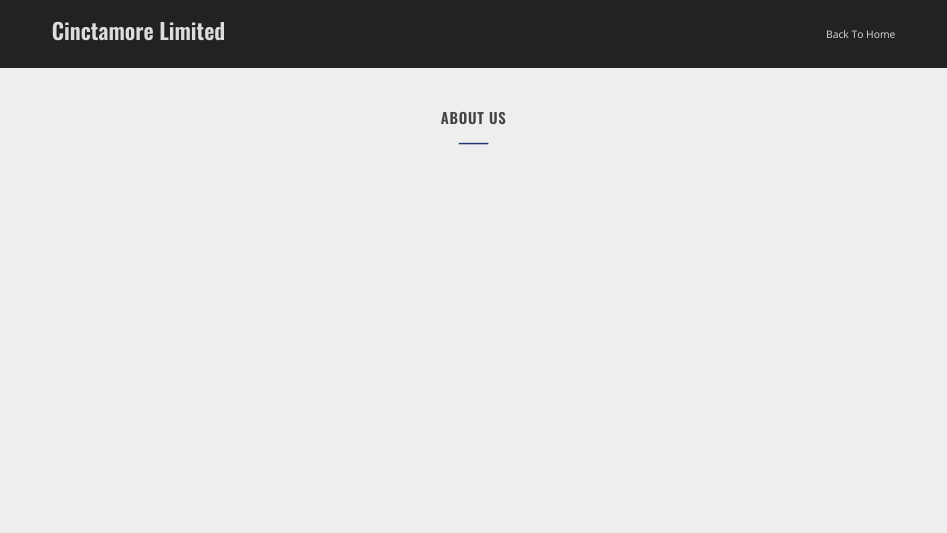
Repository: techieaccl/techieaccl.github.io
Page: tiles.html
These files come from the project's save history. The page is drawn as it stood at one moment and after the next save; the edit follows.
The browser window is 1280 px wide. The pictures show the whole page, at 74% of full size.
Some web fonts or font styles are not loaded; a fallback is used.

Above is the page before, as saved 2021-09-07 09:05:47.

After the next save:
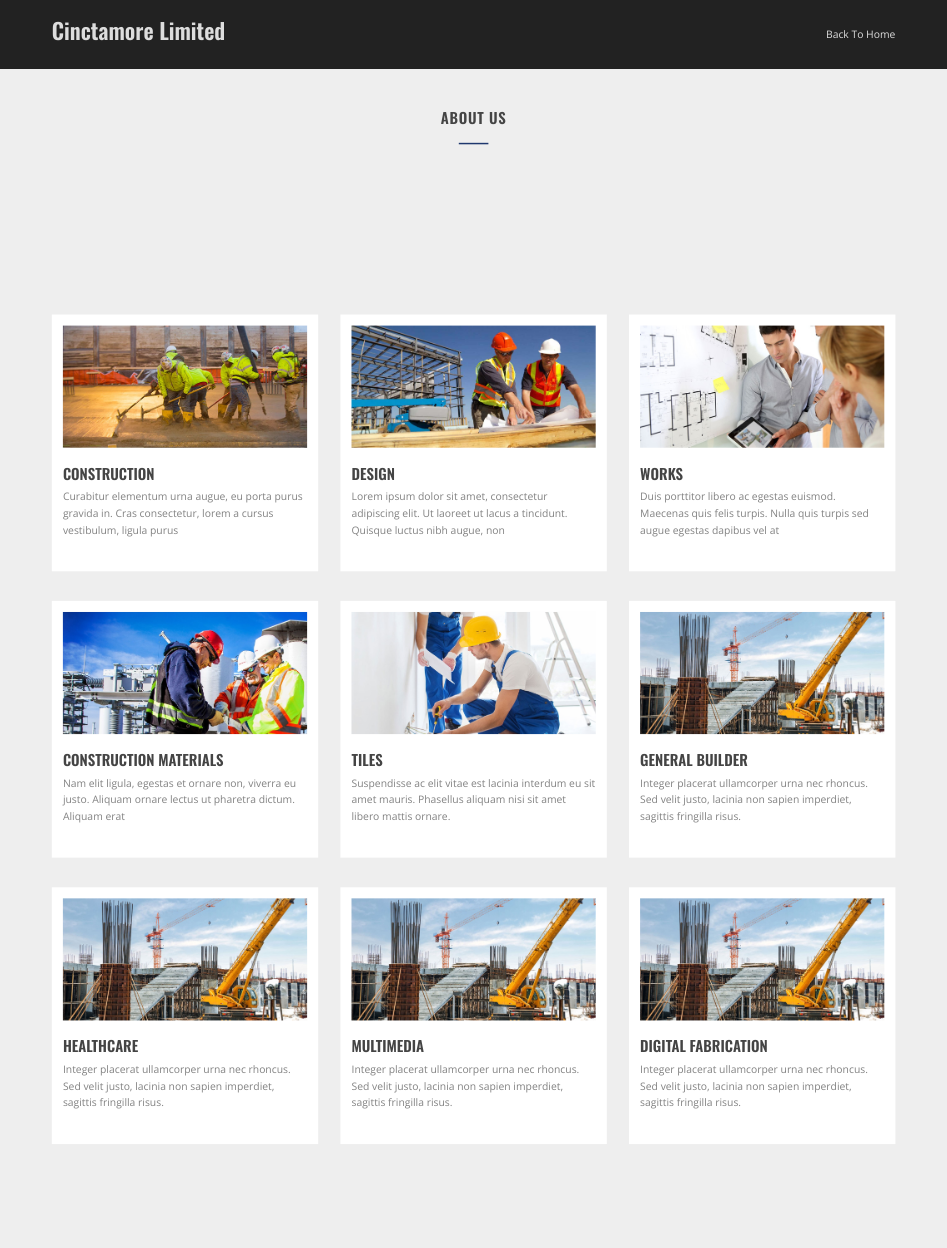
Saved 6 min 59 s later.
--- a/tiles.html
+++ b/tiles.html
@@ -65,6 +65,123 @@
 					</div>
 				</section>
 				<!-- End / Section -->
+
+				<!-- Section -->
+				<section class="md-section" id="id3">
+					<div class="container">
+						<div class="row row-eq-height">
+							<div class="col-sm-6 col-md-6 col-lg-4 ">
+
+								<!-- services -->
+								<div class="services">
+									<div class="services__img"><img src="assets/img/service/1.jpg" alt=""/></div>
+									<h2 class="services__title"><a href="construction.html">Construction</a></h2>
+									<div class="services__desc">Curabitur elementum urna augue, eu porta purus gravida in. Cras consectetur, lorem a cursus vestibulum, ligula purus</div>
+
+
+								</div><!-- End / services -->
+
+							</div>
+							<div class="col-sm-6 col-md-6 col-lg-4 ">
+
+								<!-- services -->
+								<div class="services">
+									<div class="services__img"><img src="assets/img/service/2.jpg" alt=""/></div>
+									<h2 class="services__title"><a href="design.html">Design</a></h2>
+									<div class="services__desc">Lorem ipsum dolor sit amet, consectetur adipiscing elit. Ut laoreet ut lacus a tincidunt. Quisque luctus nibh augue, non</div>
+
+
+								</div><!-- End / services -->
+
+							</div>
+							<div class="col-sm-6 col-md-6 col-lg-4 ">
+
+								<!-- services -->
+								<div class="services">
+									<div class="services__img"><img src="assets/img/service/3.jpg" alt=""/></div>
+									<h2 class="services__title"><a href="works.html">Works</a></h2>
+									<div class="services__desc">Duis porttitor libero ac egestas euismod. Maecenas quis felis turpis. Nulla quis turpis sed augue egestas dapibus vel at</div>
+
+
+								</div><!-- End / services -->
+
+							</div>
+							<div class="col-sm-6 col-md-6 col-lg-4 ">
+
+								<!-- services -->
+								<div class="services">
+									<div class="services__img"><img src="assets/img/service/4.jpg" alt=""/></div>
+									<h2 class="services__title"><a href="construction-materials.html">Construction Materials</a></h2>
+									<div class="services__desc">Nam elit ligula, egestas et ornare non, viverra eu justo. Aliquam ornare lectus ut pharetra dictum. Aliquam erat</div>
+
+
+								</div><!-- End / services -->
+
+							</div>
+							<div class="col-sm-6 col-md-6 col-lg-4 ">
+
+								<!-- services -->
+								<div class="services">
+									<div class="services__img"><img src="assets/img/service/5.jpg" alt=""/></div>
+									<h2 class="services__title"><a href="tiles.html">Tiles</a></h2>
+									<div class="services__desc">Suspendisse ac elit vitae est lacinia interdum eu sit amet mauris. Phasellus aliquam nisi sit amet libero mattis ornare.</div>
+
+
+								</div><!-- End / services -->
+
+							</div>
+							<div class="col-sm-6 col-md-6 col-lg-4 ">
+
+								<!-- services -->
+								<div class="services">
+									<div class="services__img"><img src="assets/img/service/6.jpg" alt=""/></div>
+									<h2 class="services__title"><a href="general-builder.html">General Builder</a></h2>
+									<div class="services__desc">Integer placerat ullamcorper urna nec rhoncus. Sed velit justo, lacinia non sapien imperdiet, sagittis fringilla risus.</div>
+
+
+								</div><!-- End / services -->
+
+							</div>
+							<div class="col-sm-6 col-md-6 col-lg-4 ">
+
+								<!-- services -->
+								<div class="services">
+									<div class="services__img"><img src="assets/img/service/6.jpg" alt=""/></div>
+									<h2 class="services__title"><a href="healthcare.html">HealthCare</a></h2>
+									<div class="services__desc">Integer placerat ullamcorper urna nec rhoncus. Sed velit justo, lacinia non sapien imperdiet, sagittis fringilla risus.</div>
+
+
+								</div><!-- End / services -->
+
+							</div>
+							<div class="col-sm-6 col-md-6 col-lg-4 ">
+
+								<!-- services -->
+								<div class="services">
+									<div class="services__img"><img src="assets/img/service/6.jpg" alt=""/></div>
+									<h2 class="services__title"><a href="multimedia.html">MultiMedia</a></h2>
+									<div class="services__desc">Integer placerat ullamcorper urna nec rhoncus. Sed velit justo, lacinia non sapien imperdiet, sagittis fringilla risus.</div>
+
+
+								</div><!-- End / services -->
+
+							</div>
+							<div class="col-sm-6 col-md-6 col-lg-4 ">
+
+								<!-- services -->
+								<div class="services">
+									<div class="services__img"><img src="assets/img/service/6.jpg" alt=""/></div>
+									<h2 class="services__title"><a href="digital-fabrication.html">Digital Fabrication</a></h2>
+									<div class="services__desc">Integer placerat ullamcorper urna nec rhoncus. Sed velit justo, lacinia non sapien imperdiet, sagittis fringilla risus.</div>
+
+
+								</div><!-- End / services -->
+
+							</div>
+						</div>
+					</div>
+				</section>
+				<!-- End / Section -->
             </div>
 			<!-- End / Content-->
         </div>
